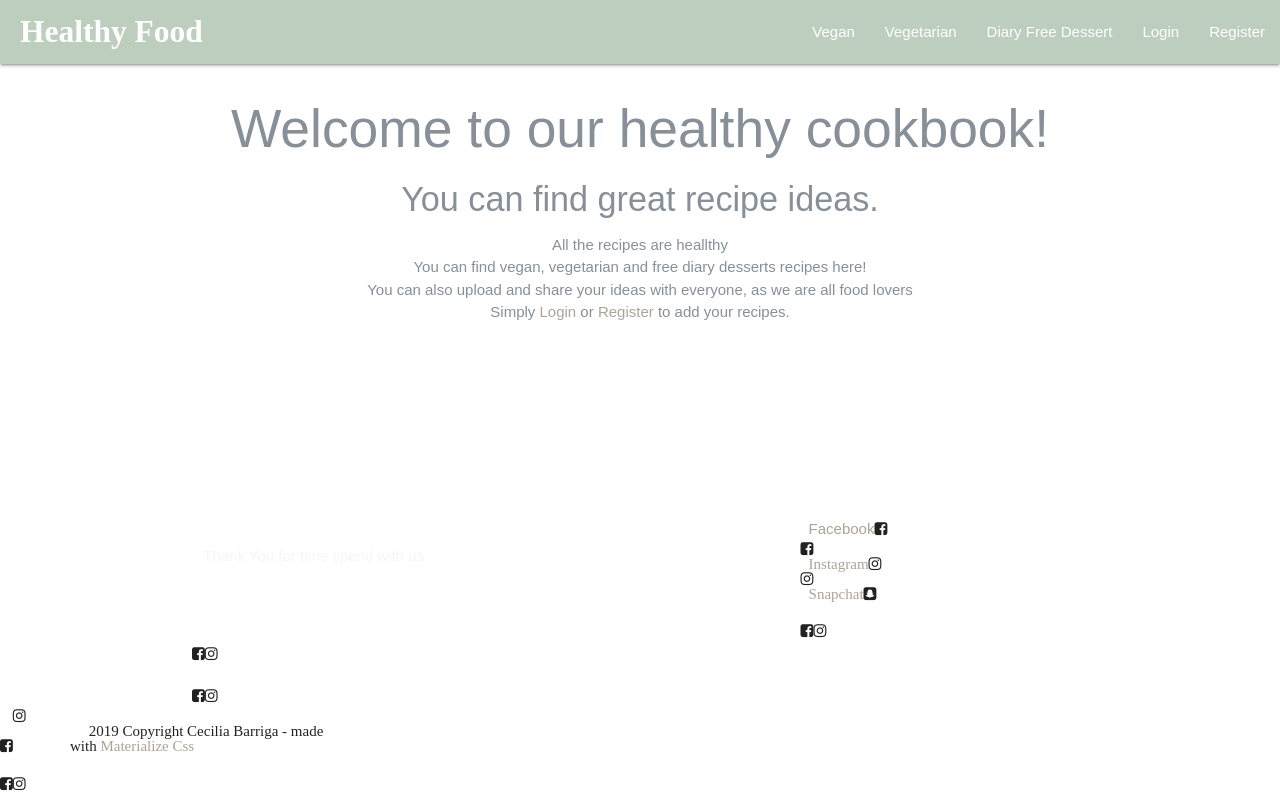
Repository: cesole/cookbook
Page: http://localhost/
The author's editor kept a record of every edit. The page is drawn from the files as they stood at one moment, then again after the next edit.
The browser window is 1280 px wide. The pictures show the whole page.
Some web fonts or font styles are not loaded; a fallback is used. The page is served by the project's application, run on Flask 3 (app.py).

Above is the page before.

### templates/index.html
{% extends 'base.html'%}
{% block content %}
<div class="container-fluid" id="index">
    <h2>Welcome to our healthy cookbook!</h2>
    <h4>You can find great recipe ideas.</h4>
     <p class="index">All the recipes are heallthy<br>You can find vegan, vegetarian and free diary desserts recipes here!<br>
                                                    You can also upload and share your ideas with everyone, as we are all food lovers<br>
                                                    Simply <a class="orange-text text-lighten-3" href="{{url_for('login')}}">Login</a> or <a class="orange-text text-lighten-3" href="{{url_for('register')}}">Register</a> to add your recipes.</p>
</div>
{% endblock %}

### templates/base.html
<!DOCTYPE html>
<html lang="en">
<head>
    <meta charset="UTF-8">
    <meta name="viewport" content="width=device-width, initial-scale=1.0">

    <link href="https://fonts.googleapis.com/icon?family=Material+Icons" rel="stylesheet">
    <!-- Compiled and minified CSS -->
    <link rel="stylesheet" href="{{ url_for('static', filename='css/materialize.min.css') }}" type="text/css" />
    <link href="https://stackpath.bootstrapcdn.com/font-awesome/4.7.0/css/font-awesome.min.css" rel="stylesheet" integrity="sha384-wvfXpqpZZVQGK6TAh5PVlGOfQNHSoD2xbE+QkPxCAFlNEevoEH3Sl0sibVcOQVnN" crossorigin="anonymous">
    <link href="https://fonts.googleapis.com/css?family=Beth+Ellen&display=swap" rel="stylesheet">
    <link rel="stylesheet" href="{{ url_for('static', filename='css/style.css') }}" type="text/css" />


    <title>Cookbook</title>
</head>

<body class="container-fluid">
    <nav>
        <div class="nav-wrapper">
            <a href="{{url_for('index')}}" class="brand-logo">Healthy Food</a>
            <a href="#" data-target="mobile-demo" class="sidenav-trigger"><i class="material-icons">menu</i></a>
            <ul class="right hide-on-med-and-down">
                {% if session.username %}
                <li>Hello, {{ session.username }}!</li>
                {% endif %}
                <li><a href="{{url_for('vegan')}}">Vegan</a></li>
                <li><a href="{{url_for('vegetarian')}}">Vegetarian</a></li>
                <li><a href="{{url_for('dessert')}}">Diary Free Dessert</a></li>
                {% if not session.username %}
                <li><a href="{{url_for('login')}}">Login</a></li>
                <li><a href="{{url_for('register')}}">Register</a></li>
                {% else %}
                <li><a href="{{url_for('get_my_recipes')}}">My Recipes</a></li>
                <li><a href="{{url_for('logout')}}">Logout</a></li>
                {% endif %}
            </ul>
        </div>
        <ul class="sidenav" id="mobile-demo">
            {% if session.username %}
            <li>Hello, {{ session.username }}!</li>
            {% endif %}
            <li><a href="{{url_for('vegan')}}">Vegan</a></li>
            <li><a href="{{url_for('vegetarian')}}">Vegetarian</a></li>
            <li><a href="{{url_for('dessert')}}">Diary Free Dessert</a></li>
            {% if not session.username %}
            <li><a href="{{url_for('login')}}">Login</a></li>
            <li><a href="{{url_for('register')}}">Register</a></li>
            {% else %}
            <li><a href="{{url_for('get_my_recipes')}}">My Recipes</a></li>
            <li><a href="{{url_for('logout')}}">Logout</a></li>
            {% endif %}
        </ul>
    </nav>

    <div class="container-fluid">
        <main>{% block content %}{% endblock %}</main>
    </div>

    <footer class="footer">
        <div class="container">
            <div class="row">
                <div class="col l6 s12">
                    <h5 class="white-text">Cooking like Grandma at your own place</h5>
                    <p class="grey-text text-lighten-4">Thank You for time spend with us.</p>
                </div>
                <div class="col l4 offset-l2 s12">
                    <h5 class="white-text">Visit us on :</h5>
                    <ul>
                      <li><a class="social-media" href="https://www.facebook.com/" target=_blank>Facebook</a><i class="fa fa-facebook-square"></li>
                      <li><a class="social-media" href="https://www.instagram.com/" target=_blank>Instagram</a><i class="fa fa-instagram"></li>
                      <li><a class="social-media" href="https://www.snapchat.com/" target=_blank>Snapchat</a><i class="fa fa-snapchat-square"></i></li>
                    </ul>
                </div>
            </div>
        </div>
        <div class="copyright">
            <div class="container">
                <div class="row">
            © 2019 Copyright Cecilia Barriga - made with <a class="orange-text text-lighten-3" href="https://materializecss.com/" target=_blank>Materialize Css</a>
            </div>
            </div>
        </div>
    </footer>


    <script src="https://code.jquery.com/jquery-3.3.1.slim.min.js" integrity="sha384-q8i/X+965DzO0rT7abK41JStQIAqVgRVzpbzo5smXKp4YfRvH+8abtTE1Pi6jizo" crossorigin="anonymous"></script>
    <!-- Compiled and minified JavaScript -->
    <script src="https://cdnjs.cloudflare.com/ajax/libs/materialize/1.0.0/js/materialize.min.js"></script>

    <script>
        $(document).ready(function(){
            $('.sidenav').sidenav();
            $('.parallax').parallax();
            $('.carousel').carousel();
            $('.slider').slider();
            $('select').formSelect();
          });
    </script>

</body>
</html>

### app.py
import os
from flask import Flask, render_template, flash, redirect, request, url_for, session, make_response, current_app
from flask_pymongo import PyMongo
import pymongo
from pymongo import MongoClient
from bson.objectid import ObjectId
import json
from datetime import datetime
from functools import update_wrapper


app = Flask(__name__)
app.config["MONGO_DBNAME"] = 'cook_book'
app.config["MONGO_URI"] = os.getenv('MONGO_URI', 'mongodb://localhost')
app.config['SECRET_KEY'] = "cooking_book"


mongo = PyMongo(app)




@app.route('/')
@app.route('/index')
def index():
    return render_template('index.html')

@app.route('/vegan')
def vegan():
    return render_template('vegan.html',
                            meals=mongo.db.meals.find())

@app.route('/vegetarian')
def vegetarian():
    return render_template('vegetarian.html',
                            meals=mongo.db.meals.find())

@app.route('/dessert')
def dessert():
    return render_template('dessert.html',
                            meals=mongo.db.meals.find())

@app.route('/login', methods=["POST", "GET"])
def login():
    users = mongo.db.users
    login_user = users.find_one({"username" : request.form.get("username", False)})
    if login_user:
        if (request.form['pass']) == login_user['password']:
            session['username'] = request.form['username']
            return redirect(url_for('index'))
        flash('Invalid username/password combination')

    return render_template('login.html')




@app.route('/register', methods=["POST", "GET"])
def register():
    if request.method == "POST":
        users = mongo.db.users
        existing_user = users.find_one({"username" : request.form['username']})
        if existing_user is None:
            users.insert({'username' : request.form['username'],
                            'password' : request.form['pass']
            })
            session['username'] = request.form['username']
            return redirect(url_for('index'))
        flash("Username already exist! Try again!")
    return render_template('register.html')


@app.route('/get_my_recipes', methods=['GET', 'POST'])
def get_my_recipes():
    if not 'username' in session:
        return redirect('/login')
    else:
        meals = mongo.db.meals.find()
        return render_template('user_recipes.html',
                           user=session['username'],
                        meals=meals)

@app.route('/add_recipe')
def add_recipe():
    return render_template('add_recipe.html',
                            categories=mongo.db.categories.find(),
                            meals=mongo.db.meals.find())


@app.route('/insert_recipe', methods=['POST'])
def insert_recipe():
    meals =  mongo.db.meals
    meals.insert_one(request.form.to_dict())
    return render_template('user_recipes.html',
    categories=mongo.db.categories.find(),
                            meals=mongo.db.meals.find())


@app.route('/delete_recipe/<meal_id>')
def delete_recipe(meal_id):
    mongo.db.meals.remove({'_id': ObjectId(meal_id)})
    return redirect(url_for('get_my_recipes'))


@app.route('/edit_recipe/<meal_id>')
def edit_recipe(meal_id):
    the_meal =  mongo.db.meals.find_one({"_id": ObjectId(meal_id)})
    all_categories =  mongo.db.categories.find()
    return render_template('edit_recipe.html', meal=the_meal,
                           categories=all_categories)


@app.route('/update_recipe/<meal_id>', methods=["POST"])
def update_recipe(meal_id):
    meals = mongo.db.meals
    meals.update( {'_id': ObjectId(meal_id)},
    {
        'dish_name':request.form.get('dish_name'),
        'category_name':request.form.get('category_name'),
        'dish_description': request.form.get('dish_description'),
        'ingredient_one': request.form.get('ingredient_one'),
        'ingredient_two': request.form.get('ingredient_two'),
        'ingredient_three': request.form.get('ingredient_three'),
        'ingredient_four': request.form.get('ingredient_four'),
        'ingredient_five': request.form.get('ingredient_five'),
        'ingredient_six': request.form.get('ingredient_six'),
        'step_one': request.form.get('step_one'),
        'step_two': request.form.get('step_two'),
        'step_three': request.form.get('step_three'),
        'step_four': request.form.get('step_four'),
        'step_five': request.form.get('step_five'),
        'step_six': request.form.get('step_six'),
        'image': request.form.get('image'),
        'cook_time': request.form.get('cook_time'),
        'prep_time': request.form.get('prep_time'),
        'author': request.form.get('author')
    })
    return redirect(url_for('get_my_recipes'))



@app.route('/logout')
def logout():
    session.clear()
    return redirect(url_for('index'))

@app.route('/recipe/<meal_id>', methods=['GET', 'POST'])
def recipe(meal_id):
    the_meal =  mongo.db.meals.find_one({"_id": ObjectId(meal_id)})
    return render_template('recipe.html', meal=the_meal)


if __name__ == '__main__':
    app.run(host=os.environ.get('IP'),
            port=int(os.environ.get('PORT')),
            debug=True)

### static/css/style.css
#index {
    color: #878f99;
    text-align: center;
}

nav .nav-wrapper {
    position: relative;
    height: 100%;
    background-color: #bdcebe !important;
    color: white;
}

.index-container {
    margin-left: 30px;
    color: #878f99;
}

.brand-logo {
    font-family: 'Londrina Outline', cursive;
    font-weight: bold;
    margin-left: 20px;
}

html {
    font-family: 'Livvic', sans-serif;
}

.description {
    font-size: 1.5rem;
}

main {
    min-height: 50vh;
}

form {
    margin-top: 50px;
}

.meals {
    padding-top: 50px;
}

span.card-title {
    background-color: #d68d057a;
    width: 100%;
    padding: 10px !important;
}

.card-content {
    height: 100px;
}

/* Caption styles */

.caption {
    background-color: rgba(0, 0, 0, 0.1);
}

/* parallax styles */
.grey-text.text-darken-3 {
    color: white !important;
    text-align: center;
}

.white {
    color: #878f99;
    text-align: center;
}

.header {
    color: #878f99;
    text-align: center;
}


.brown-text {
    color: #bdaa93 !important;
}


/* end of style */



/* end of styles */

.input-field label {
    color: black;
}

.input-field input[type=text],
.input-field input[type=password],
.input-field input[type=email]{
    border-bottom: 1px solid black;
    box-shadow: 0 1px 0 0 black;
}

.switch label {
    color: black;
}

textarea.materialize-textarea {
    border-bottom: 1px solid black;
    box-shadow: 0 1px 0 0 black;
}

label.active {
    color: #000000 !important;
    font-size: 18px !important;
}


.page-footer {
    padding-top: 20px;
    color: #fff;
    background-color: #bdcebe !important;
}

img.responsive-img {
    max-width: 70%;
    height: auto;
}


.title-image {
    background-image: url('static/images/background.jpg');
}

.flashes {
    text-align: center;
    font-size: 2rem;
}


.orange-text.text-lighten-3 {
    color: #ada397 !important;
}

.social-media {
    color: #ada397;
    margin-left: 8px;
}


/* MEDIA STYLE */

@media (max-width: 768px) {
    nav .brand-logo {
        font-size: 1rem;
    }
}

Loaded but not shown: static/css/materialize.min.css (library)

After the next edit:
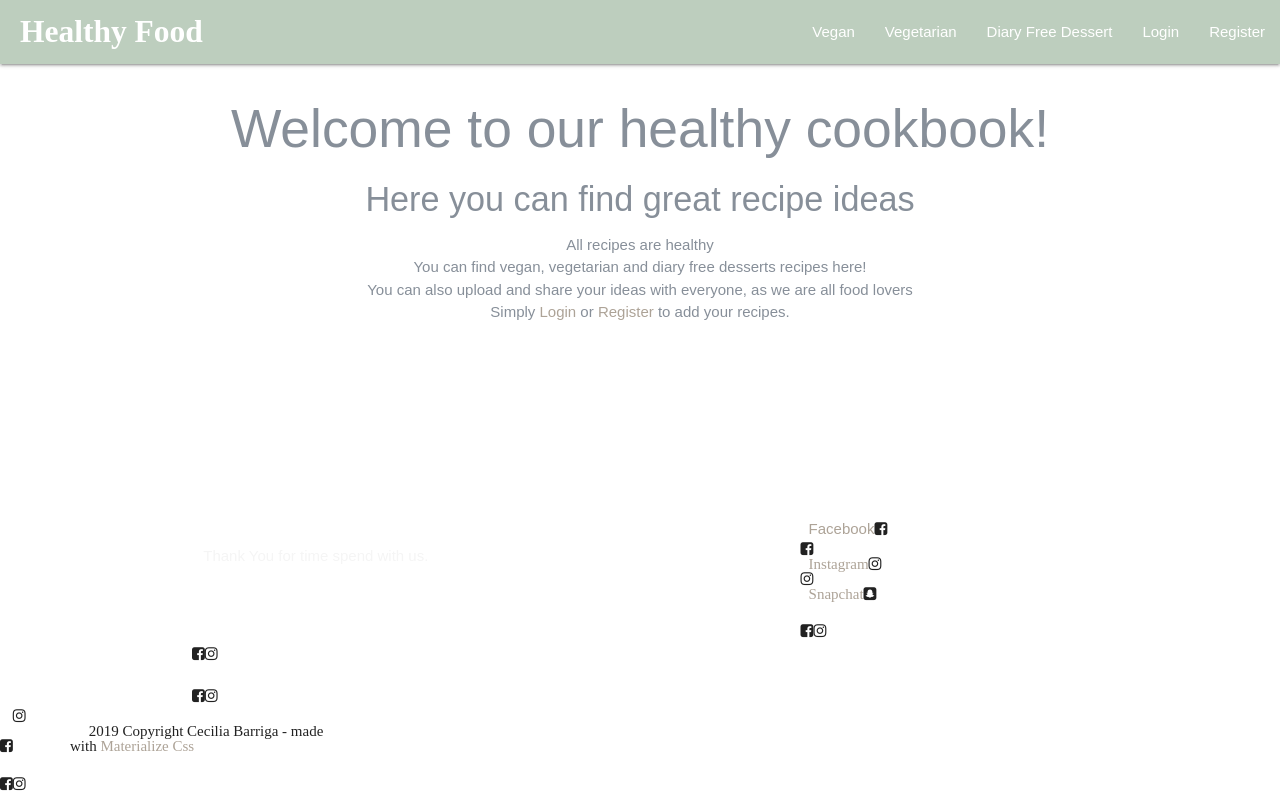
The edit:
--- a/templates/index.html
+++ b/templates/index.html
@@ -2,8 +2,8 @@
 {% block content %}
 <div class="container-fluid" id="index">
     <h2>Welcome to our healthy cookbook!</h2>
-    <h4>You can find great recipe ideas.</h4>
-     <p class="index">All the recipes are heallthy<br>You can find vegan, vegetarian and free diary desserts recipes here!<br>
+    <h4>Here you can find great recipe ideas</h4>
+     <p class="index">All recipes are healthy<br>You can find vegan, vegetarian and diary free desserts recipes here!<br>
                                                     You can also upload and share your ideas with everyone, as we are all food lovers<br>
                                                     Simply <a class="orange-text text-lighten-3" href="{{url_for('login')}}">Login</a> or <a class="orange-text text-lighten-3" href="{{url_for('register')}}">Register</a> to add your recipes.</p>
 </div>
